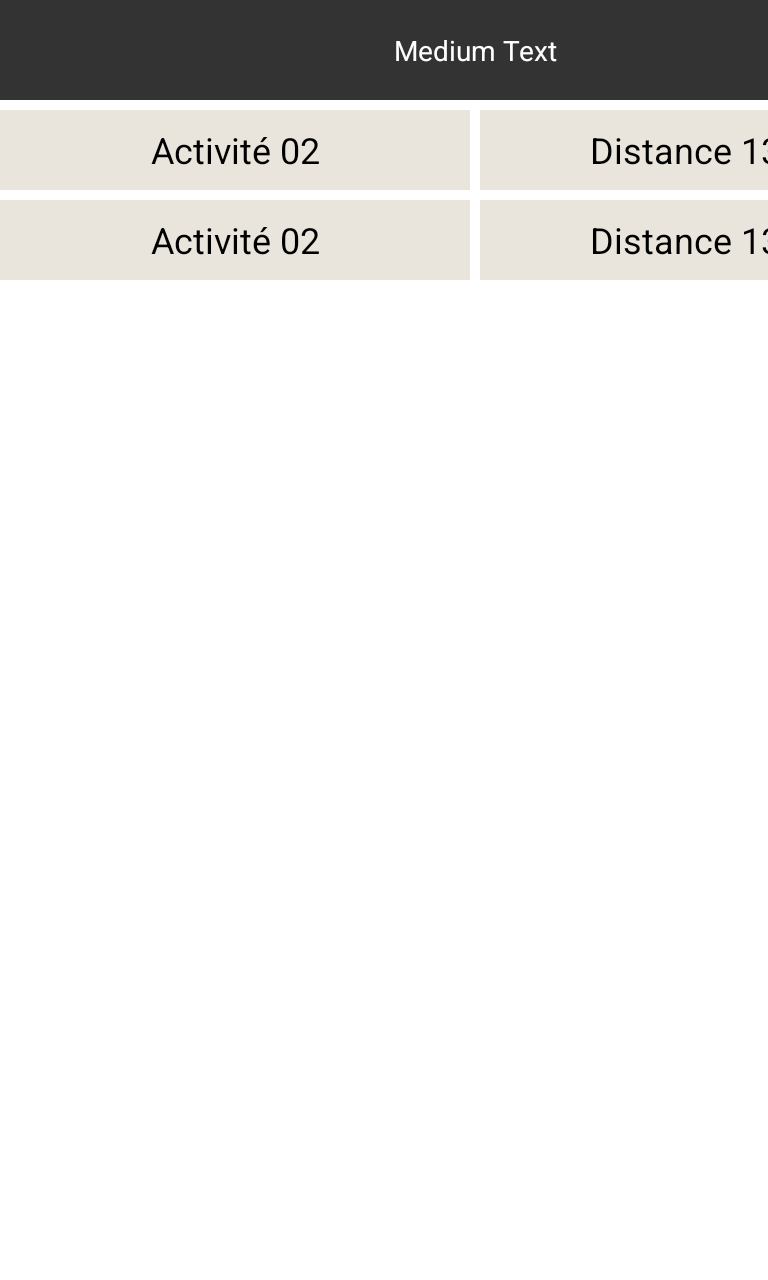
Repository: dekeym/Projet-IHM
Layout: WorkSpace/ChallengeMe/res/layout/fragment_stats.xml
These files come from the project's save history. The layout is drawn as it stood at one moment and after the next save; the edit follows.
It is drawn on a 768 x 1280 px phone screen (xhdpi) without system bars, with theme android:Theme.Holo.Light.DarkActionBar; the app's code is not run.

Above is the layout before, as saved 2014-12-18 14:14:48.

After the next save:
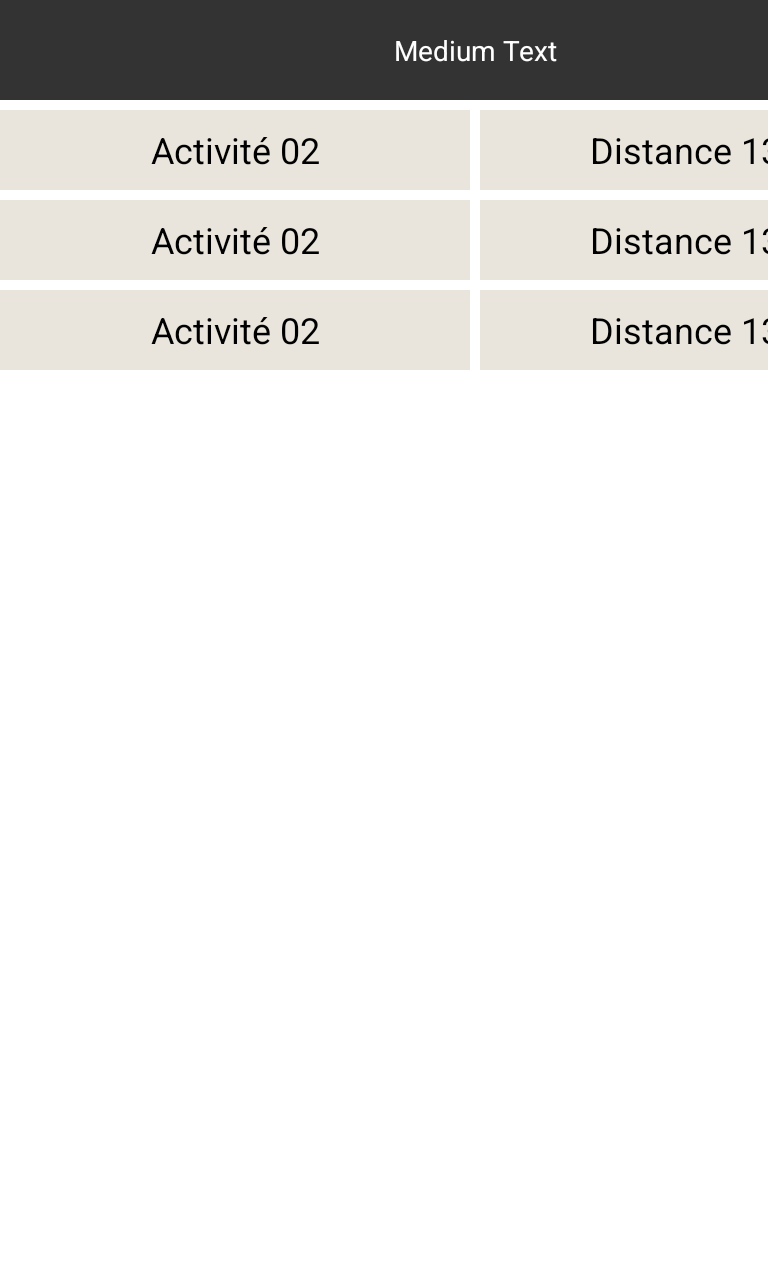
Saved 21 s later.
--- a/WorkSpace/ChallengeMe/res/layout/fragment_stats.xml
+++ b/WorkSpace/ChallengeMe/res/layout/fragment_stats.xml
@@ -138,6 +138,54 @@
                     android:textAppearance="?android:attr/textAppearanceMedium" />
             </LinearLayout>
 
+            <LinearLayout
+                android:layout_width="wrap_content"
+                android:layout_height="wrap_content" >
+
+                <TextView
+                    android:id="@+id/statstextView11"
+                    android:layout_width="235dp"
+                    android:layout_height="40dp"
+                    android:layout_marginRight="5dp"
+                    android:layout_marginTop="5dp"
+                    android:background="#e9e5dc"
+                    android:gravity="center"
+                    android:text="Activité 02"
+                    android:textAppearance="?android:attr/textAppearanceMedium" />
+
+                <TextView
+                    android:id="@+id/statstextView12"
+                    android:layout_width="235dp"
+                    android:layout_height="40dp"
+                    android:layout_marginTop="5dp"
+                    android:background="#e9e5dc"
+                    android:gravity="center"
+                    android:text="Distance 13 km"
+                    android:textAppearance="?android:attr/textAppearanceMedium" />
+
+                <TextView
+                    android:id="@+id/statstextView13"
+                    android:layout_width="235dp"
+                    android:layout_height="40dp"
+                    android:layout_marginRight="5dp"
+                    android:layout_marginTop="5dp"
+                    android:background="#e9e5dc"
+                    android:layout_marginLeft="10dp"
+                    android:gravity="center"
+                    android:text="Activité 02"
+                    android:textAppearance="?android:attr/textAppearanceMedium" />
+
+                <TextView
+                    android:id="@+id/statstextView14"
+                    android:layout_width="235dp"
+                    android:layout_height="40dp"
+                    android:layout_marginTop="5dp"
+                    android:background="#e9e5dc"
+                    android:gravity="center"
+                    android:text="Distance 13 km"
+                    android:textAppearance="?android:attr/textAppearanceMedium" />
+            </LinearLayout>
+
 
         </LinearLayout>
 
